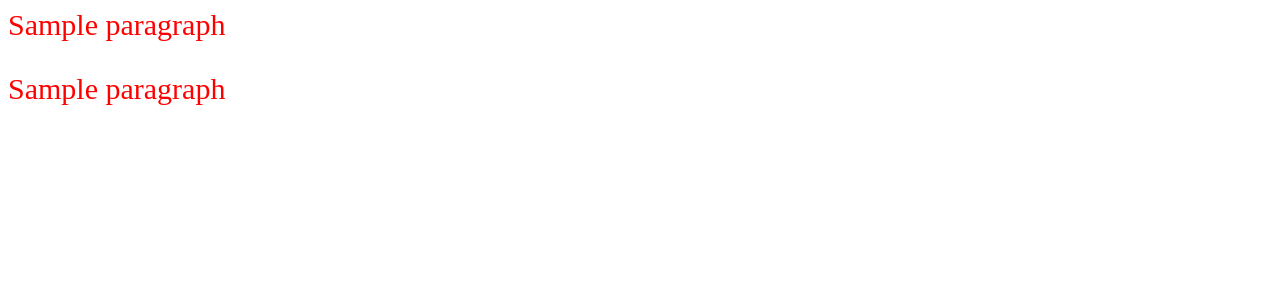
Repository: Sayan-100/Javascript
Page: Javascript Coding/Jquery/Jquery2/index.html
The author's editor kept a copy of each file at every save. The page is drawn from the files as they stood at one save, then again after the next save.
The browser window is 1280 px wide. The pictures show the whole page.

Above is the page before, as saved 2022-01-25 21:59:31.

### Javascript Coding/Jquery/Jquery2/index.html
<html>

<head>

</head>

<body>
    <p id="para1">Sample paragraph</p>
    <p id="para2">Sample paragraph</p>

    <div></div>

    <script src="https://code.jquery.com/jquery-3.6.0.js" integrity="sha256-H+K7U5CnXl1h5ywQfKtSj8PCmoN9aaq30gDh27Xc0jk=" crossorigin="anonymous"></script>
    <!-- <script src="jquery-3.6.0.js"></script> -->
    <script src="script.js"></script>
</body>

</html>

### Javascript Coding/Jquery/Jquery2/script.js
// $('#para1').css('color', 'red');
// $('p').css('color', 'blue');
// $('p').css('fontSize', '30px');

$('p').css({
    fontSize: "30px",
    color: "red"
});

$('div').css({
    width: "100px",
})

After the next save:
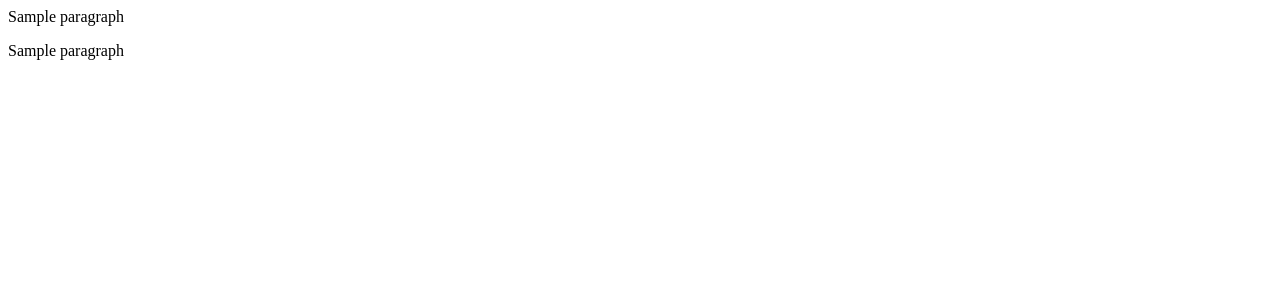
Console error: SyntaxError: Unexpected identifier 'width'
Saved 18 s later.
--- a/Javascript Coding/Jquery/Jquery2/script.js
+++ b/Javascript Coding/Jquery/Jquery2/script.js
@@ -8,5 +8,6 @@
 });
 
 $('div').css({
+    height: "100px,"
     width: "100px",
 })

After the save that followed:
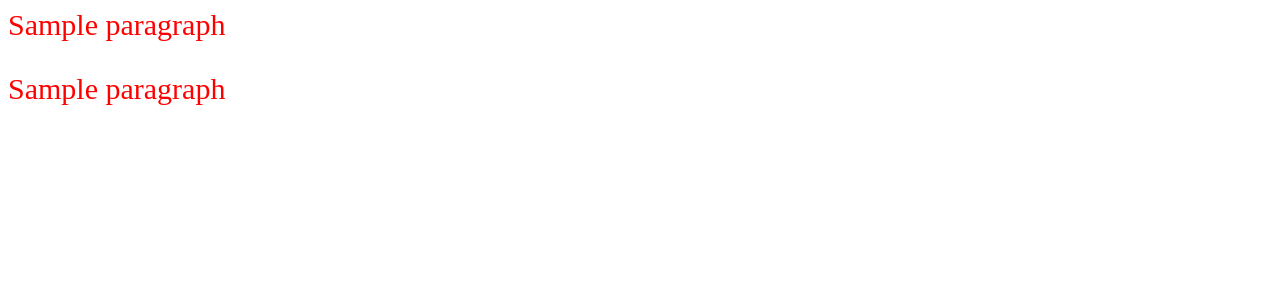
The error is gone.
Saved 2 s later.
--- a/Javascript Coding/Jquery/Jquery2/script.js
+++ b/Javascript Coding/Jquery/Jquery2/script.js
@@ -8,6 +8,6 @@
 });
 
 $('div').css({
-    height: "100px,"
+    height: "100px",
     width: "100px",
 })
